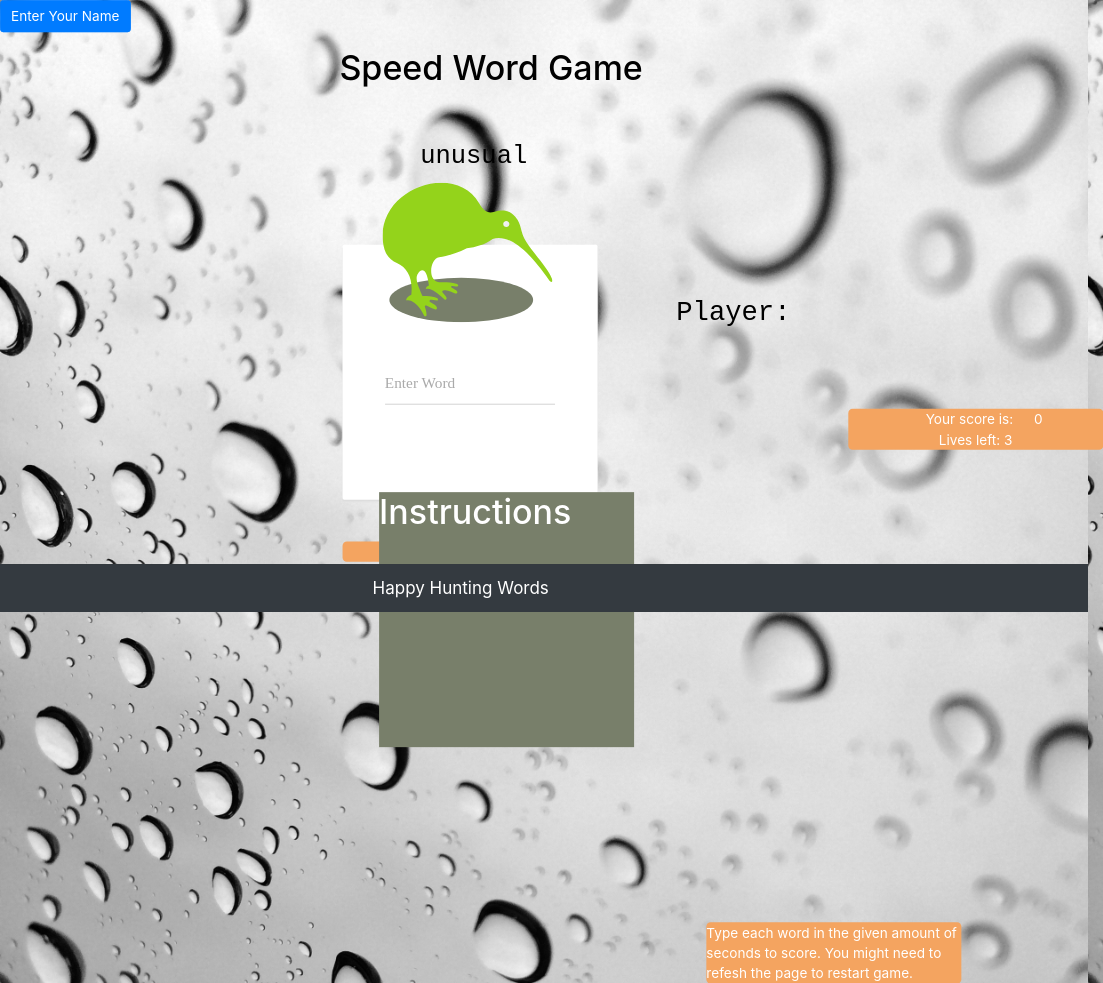
Repository: konstantin0s/word-game-project
Page: index.html
The author's editor kept a copy of each file at every save. The page is drawn from the files as they stood at one save, then again after a run of saves.
The browser window is 1280 px wide. The page is 1298 px wide, so the pictures cover 1298 px, including what lies to the right of the window. The pictures show the whole page, at 85% of full size.
Backgrounds fixed to the window are drawn as part of the page. Some web libraries are served in a nearby version.

Above is the page before, as saved 2019-02-12 15:11:55.
Console error: ReferenceError: loadSound is not defined

After the next 2 saves:
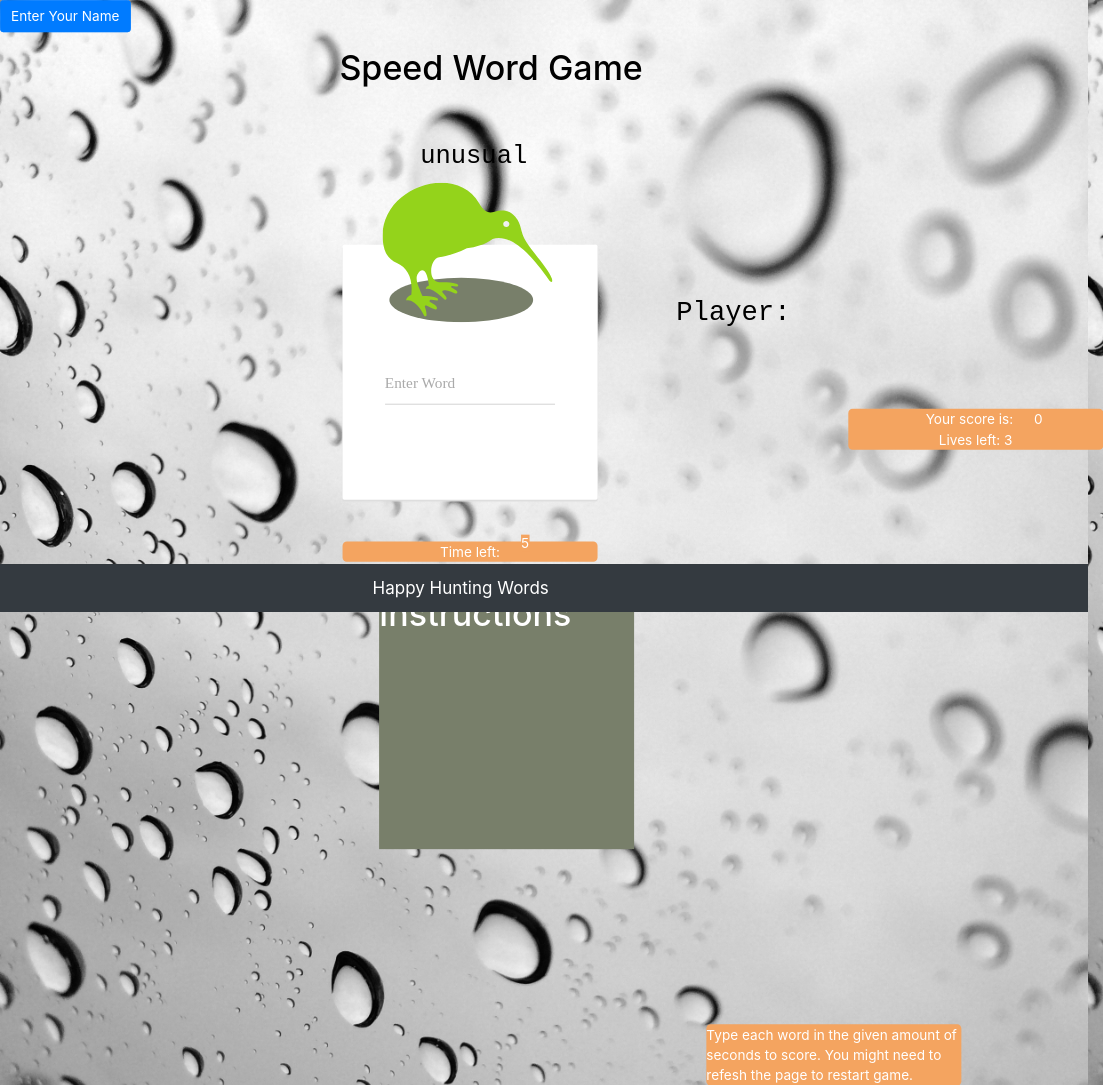
The 2 saves are shown as one change because they came seconds apart.
The last was saved 8 s later.
--- a/css/style.css
+++ b/css/style.css
@@ -218,7 +218,7 @@ b {
   color: white;
   position: relative;
   left: 446px;
-  top: 100px;
+  top: 220px;
 }
 
 .instructions p {
